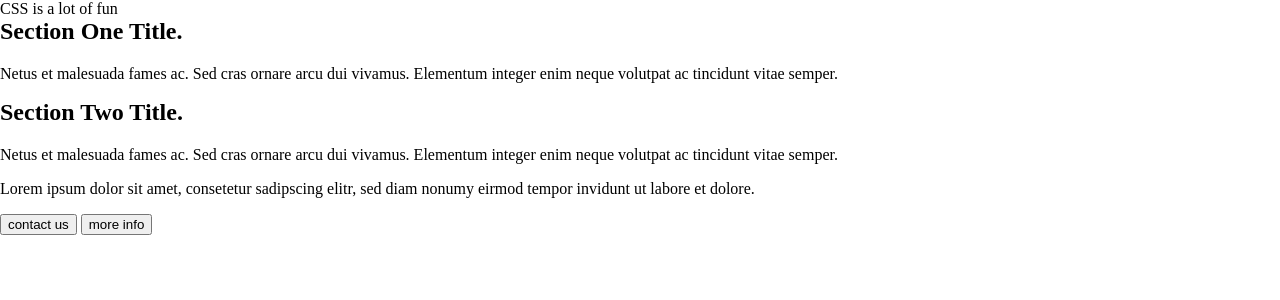
Repository: Doumham-Armah/sample-landing-page
Page: index.html
The author's editor kept a copy of each file at every save. The page is drawn from the files as they stood at one save, then again after the next save.
The browser window is 1280 px wide. The pictures show the whole page.

Above is the page before, as saved 2021-08-16 12:27:45.

After the next save:
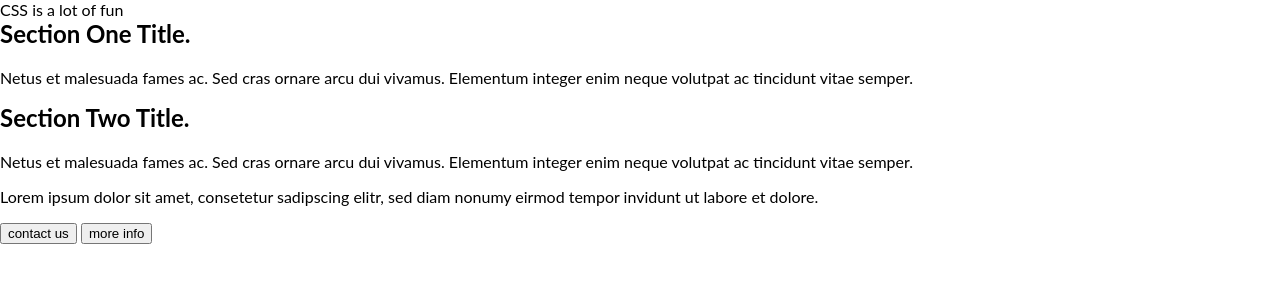
Saved 36 s later.
--- a/style.css
+++ b/style.css
@@ -1,5 +1,6 @@
 body {
   margin: 0;
+  font-family: Lato;
 }
 h2,
 p {
